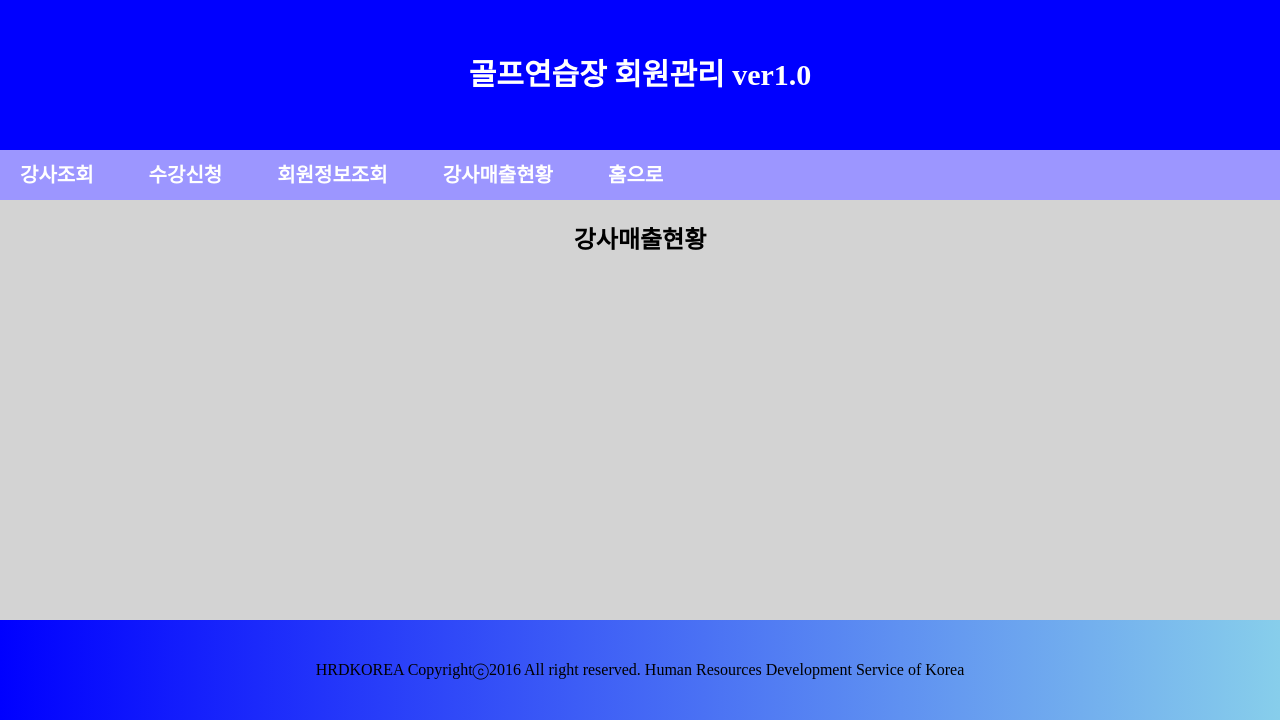
Repository: junhee97/-
Page: http://localhost/HRD_05/t_price.jsp
These files come from the project's save history. The page is drawn as it stood at one moment and after the next save; the edit follows.
The browser window is 1280 px wide. The pictures show the whole page.
The page is served by Tomcat 9.

Above is the page before, as saved 2025-08-19 12:57:27.

### HRD_05/WebContent/t_price.jsp
<%@ page language="java" contentType="text/html; charset=UTF-8"
    pageEncoding="UTF-8"%>
<!DOCTYPE html PUBLIC "-//W3C//DTD HTML 4.01 Transitional//EN" "http://www.w3.org/TR/html4/loose.dtd">
<html>
<head>
<meta http-equiv="Content-Type" content="text/html; charset=UTF-8">
<title>Insert title here</title>
</head>
<body>

<jsp:include page="header.jsp"></jsp:include>

<section style="position: fixed; top: 200px; left: 0px; width: 100%; height: 100%; background-color: lightgray;">
<h2 style="text-align: center;">강사매출현황</h2>

</section>

<jsp:include page="footer.jsp"></jsp:include>

</body>
</html>

### HRD_05/WebContent/header.jsp
<%@ page language="java" contentType="text/html; charset=UTF-8"
    pageEncoding="UTF-8"%>
<!DOCTYPE html PUBLIC "-//W3C//DTD HTML 4.01 Transitional//EN" "http://www.w3.org/TR/html4/loose.dtd">
<html>
<head>
<meta http-equiv="Content-Type" content="text/html; charset=UTF-8">
<title>Insert title here</title>

<style>
a {
	text-decoration: none;
	color: white;
}
</style>

</head>
<body>

<header style="position: fixed; top: 0px; left: 0px; width: 100%; height: 150px; line-height: 150px; text-align: center; color: white; background-color: blue; font-size: 30px; font-weight: 600;">
	골프연습장 회원관리 ver1.0
</header>

<nav style="position: fixed; top: 150px; left: 0px; width: 100%; height: 50px; line-height: 50px; padding-left: 20px; background-color: #9C96FF; font-size: 20px; font-weight: 600;">
	<a href="t_list.jsp">강사조회</a> &nbsp; &nbsp; &nbsp; &nbsp; &nbsp;
	<a href="insert.jsp">수강신청</a> &nbsp; &nbsp; &nbsp; &nbsp; &nbsp;
	<a href="m_list.jsp">회원정보조회</a> &nbsp; &nbsp; &nbsp; &nbsp; &nbsp;
	<a href="t_price.jsp">강사매출현황</a> &nbsp; &nbsp; &nbsp; &nbsp; &nbsp;
	<a href="index.jsp">홈으로</a> &nbsp; &nbsp; &nbsp; &nbsp; &nbsp;
</nav>

</body>
</html>

### HRD_05/WebContent/footer.jsp
<%@ page language="java" contentType="text/html; charset=UTF-8"
    pageEncoding="UTF-8"%>
<!DOCTYPE html PUBLIC "-//W3C//DTD HTML 4.01 Transitional//EN" "http://www.w3.org/TR/html4/loose.dtd">
<html>
<head>
<meta http-equiv="Content-Type" content="text/html; charset=UTF-8">
<title>Insert title here</title>
</head>
<body>

<footer style="position: fixed; bottom: 0px; left: 0px; height: 100px; line-height: 100px; width: 100%; text-align: center; background: linear-gradient(to right, blue, skyblue);">
	HRDKOREA Copyrightⓒ2016 All right reserved. Human Resources Development Service of Korea
</footer>

</body>
</html>

After the next save:
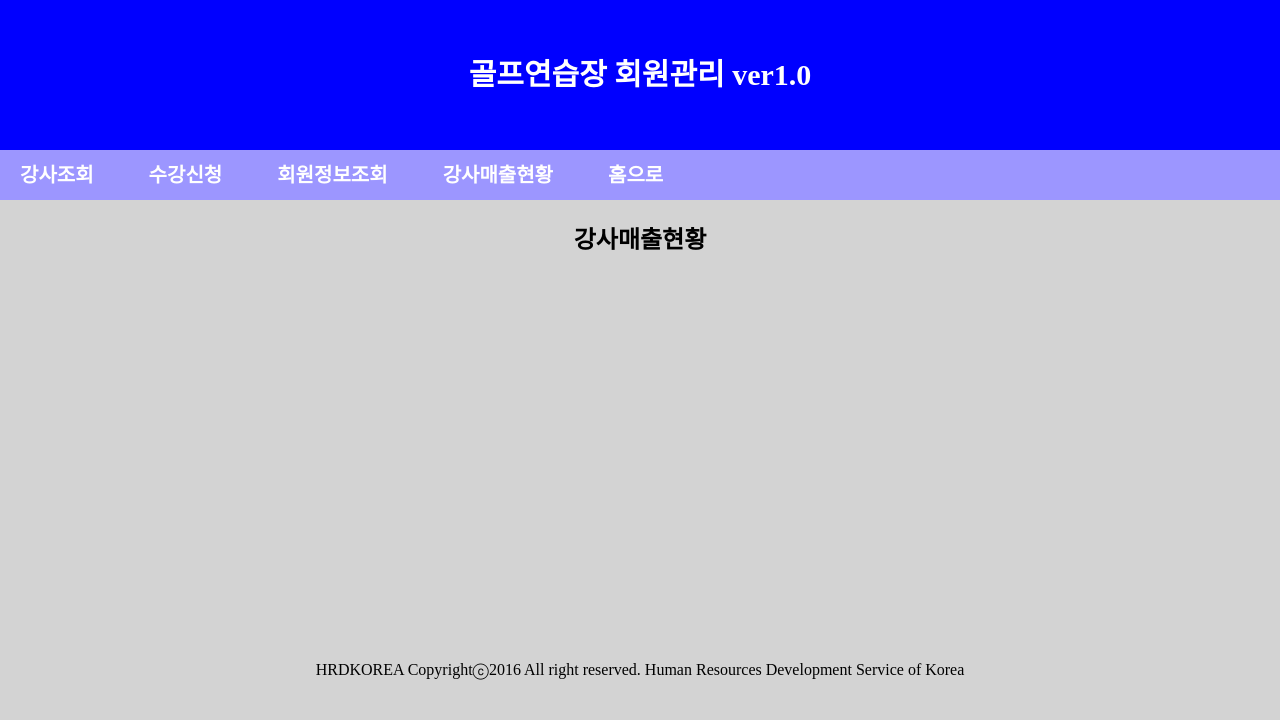
Saved 10 s later.
--- a/HRD_05/WebContent/footer.jsp
+++ b/HRD_05/WebContent/footer.jsp
@@ -8,7 +8,7 @@
 </head>
 <body>
 
-<footer style="position: fixed; bottom: 0px; left: 0px; height: 100px; line-height: 100px; width: 100%; text-align: center; background: linear-gradient(to right, blue, skyblue);">
+<footer style="position: fixed; bottom: 0px; left: 0px; height: 100px; line-height: 100px; width: 100%; text-align: center; background-color: linear-gradient(to right, blue, skyblue);">
 	HRDKOREA Copyrightⓒ2016 All right reserved. Human Resources Development Service of Korea
 </footer>
 
